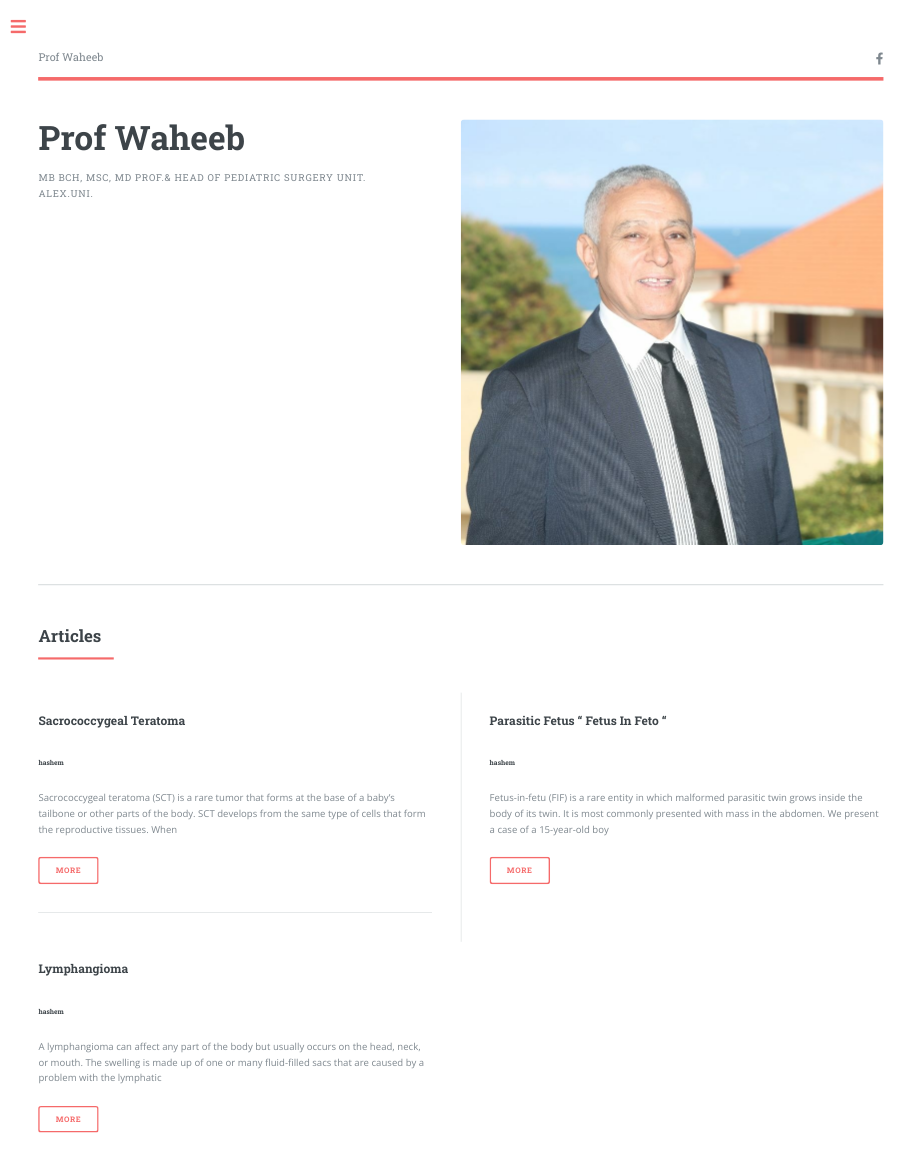
Repository: AmrHash/SaberWaheeb.github.io
Page: http://localhost/
These files come from the project's save history. The page is drawn as it stood at one moment and after the next save; the edit follows.
The browser window is 1280 px wide. The pictures show the whole page, at 72% of full size.
The page is served by the project's application, run on Django 3.2 (manage.py). Other server files are loaded and not shown. The page reads the database file committed with the project.

Above is the page before, as saved 2020-12-21 23:06:24.

### website/templates/index.html

{% load static %}

<!DOCTYPE HTML>

<html>
	<head>
		<title>Prof Waheeb</title>
		<meta charset="utf-8" />
		<meta name="viewport" content="width=device-width, initial-scale=1, user-scalable=no" />
		<link rel="stylesheet" href="{% static 'assets/css/main.css'%}"
	<body class="is-preload">

		<!-- Wrapper -->
			<div id="wrapper">

				<!-- Main -->
					<div id="main">
						<div class="inner">

							<!-- Header -->
								<header id="header">
									<a href="index.html" class="logo"><strong></strong>Prof Waheeb</a>
									<ul class="icons">

										<li><a href="https://www.facebook.com/saber.waheeb.7?fref=ts" class="icon brands fa-facebook-f"><span class="label">Facebook</span></a></li>

									</ul>
								</header>

							<!-- Banner -->
								<section id="banner">
									<div class="content">
										<header>
											<h1>Prof Waheeb<br />
											</h1>
											<p>MB BCH, MSc, MD
												Prof.& Head of pediatric surgery unit. Alex.Uni.</p>
										</header>
										<p></p>

									</div>
									<span class="image object">
										<img src="{% static 'images/profile.jpg'%}" alt="" />
									</span>
								</section>



							<!-- Section -->
								<section>
									<header class="major">
										<h2>
											Articles

										</h2>
									</header>
									<div class="posts">
										{% for post in object_list %}
										<article>
											<a href="{% url 'article-detail' post.pk %}" class="image"><img src="{{post.image}}" alt="" /></a>
											<h3>{{post.title}}</h3> <br>
											<h6> {{post.author}}</h6> <br>

											<p>{{post.body | slice:":200"}}</p>
											<ul class="actions">
												<li><a href="{% url 'article-detail' post.pk %}" class="button">More</a></li>
											</ul>
										</article>
										{% endfor %}
									</div>
								</section>

						</div>
					</div>

				<!-- Sidebar -->
					<div id="sidebar">
						<div class="inner">



							<!-- Menu -->
								<nav id="menu">
									<header class="major">
										<h2>Menu</h2>
									</header>
									<ul>
										<li><a href="{% url 'home'%}">Homepage</a></li>
										<li><a href="{% url 'contact'%}">Get an Appointment</a></li>
										<li><a href="{% url 'bio'%}">Bio</a></li>
										<span class="opener">For Doctors</span>
										<ul>
										<li><a href="{% url 'science'%}">Scientific Publication
										</a></li>
										<li><a href="{% url 'operation'%}">operations</a></li>

										</ul>
										</li>
										<li><a href="#">العربية</a></li>

										<li>

									</ul>
								</nav>



							<!-- Section -->
							<section>

								<li class="icon solid fa-envelope"><a href="#">information@untitled.tld</a></li>
								<li class="icon solid fa-phone">+2 01223312938</li>
								<li class="icon solid fa-home">7 st Ali Alkhshkhany - Al Azaritah
									Shatebi, Qesm Bab Sharqi,
									<br />
									Alexandria Governorate</li>
							</ul>
						</section>

					<!-- Footer -->
						<footer id="footer">
							<p class="copyright">&copy; All rights reserverd.
						</footer>

				</div>
			</div>

	</div>

<!-- Scripts -->
	<script src="{% static 'assets/js/jquery.min.js'%}"></script>
	<script src="{% static 'assets/js/browser.min.js'%}"></script>
	<script src="{% static 'assets/js/breakpoints.min.js'%}"></script>
	<script src="{% static 'assets/js/util.js'%}"></script>
	<script src="{% static 'assets/js/main.js'%}"></script>


</body>
</html>
</html>

### website/models.py
from django.db import models

from django.db import models
from django.contrib.auth.models import User
from django.urls import reverse

class Post(models.Model):
    title = models.CharField(max_length=255)
    title_tag = models.CharField(max_length=120, default='Medicine')
    author = models.ForeignKey(User, on_delete=models.CASCADE)
    body = models.TextField()
    img = models.ImageField(upload_to='media', null = True)
    date = models.DateTimeField(auto_now_add=True)




    def __str__(self):
        return self.title + ' | ' + str(self.author)

    def get_absolute_url(self):
        return reverse('home')

### website/views.py
from django.shortcuts import render, get_list_or_404, get_object_or_404
from django.core.mail import send_mail
from django.views.generic import ListView, DetailView
from .models import Post

def home(request):
    return render(request, 'index.html')

class HomeView(ListView):
    model = Post
    template_name = 'index.html'

def bio(request):
    return render(request, 'bio.html')

def contact(request):
    if request.method == "POST":
        message_name = request.POST ["name"]
        message_phone = request.POST ["phone"]
        message = request.POST ["message"]


        # Send An Email
        send_mail(
            message_name,
            message,
            message_phone,
            ['saberwaheeb@gmail.com'],
        )


        return render(request, 'contact.html', {})

    else:
        return render(request, 'contact.html', {})





#Views of the Scientific Research

def Science(request):
    return render(request, 'science.html')




#Views of the Operation

def Operation(request):

    return render(request, 'operation_list.html')


class ArticleDetailView(DetailView):
    model = Post
    template_name = 'article_details.html'

### dentist/urls.py
"""dentist URL Configuration

The `urlpatterns` list routes URLs to views. For more information please see:
    https://docs.djangoproject.com/en/3.1/topics/http/urls/
Examples:
Function views
    1. Add an import:  from my_app import views
    2. Add a URL to urlpatterns:  path('', views.home, name='home')
Class-based views
    1. Add an import:  from other_app.views import Home
    2. Add a URL to urlpatterns:  path('', Home.as_view(), name='home')
Including another URLconf
    1. Import the include() function: from django.urls import include, path
    2. Add a URL to urlpatterns:  path('blog/', include('blog.urls'))
"""
from django.contrib import admin
from django.urls import path ,include
import website.urls

urlpatterns = [
    path('admin/', admin.site.urls),
    path ('', include('website.urls')),


]

### website/urls.py
"""dentist URL Configuration

The `urlpatterns` list routes URLs to views. For more information please see:
    https://docs.djangoproject.com/en/3.1/topics/http/urls/
Examples:
Function views
    1. Add an import:  from my_app import views
    2. Add a URL to urlpatterns:  path('', views.home, name='home')
Class-based views
    1. Add an import:  from other_app.views import Home
    2. Add a URL to urlpatterns:  path('', Home.as_view(), name='home')
Including another URLconf
    1. Import the include() function: from django.urls import include, path
    2. Add a URL to urlpatterns:  path('blog/', include('blog.urls'))
"""

from django.urls import path , include
from . import views
from django.conf import settings
from django.conf.urls.static import static

urlpatterns = [
    path('', views.HomeView.as_view(), name = 'home'),
    path('articles/<int:pk>' , views.ArticleDetailView.as_view(), name = 'article-detail'),
    path('index.html', views.HomeView.as_view(), name = 'home2'),
    path('contact.html', views.contact, name ='contact'),
    path('bio.html', views.bio, name = 'bio'),
    path('science.html', views.Science, name = 'science'),
    path('operation.html', views.Operation, name = 'operation'),




]+ static(settings.MEDIA_URL, document_root=settings.MEDIA_ROOT)

### sqlite3.db (the tables this page reads, as SQL)
CREATE TABLE "auth_user" ("id" integer NOT NULL PRIMARY KEY AUTOINCREMENT, "password" varchar(128) NOT NULL, "last_login" datetime NULL, "is_superuser" bool NOT NULL, "username" varchar(150) NOT NULL UNIQUE, "last_name" varchar(150) NOT NULL, "email" varchar(254) NOT NULL, "is_staff" bool NOT NULL, "is_active" bool NOT NULL, "date_joined" datetime NOT NULL, "first_name" varchar(150) NOT NULL);
INSERT INTO "auth_user" VALUES
(1, 'pbkdf2_sha256$216000$fAio4buX3uYS$Zl8Ei822v0v3X7CbHGnmU0thefLsmqBtzLiMtkpX6BE=', '2020-12-21 20:51:04.202578', 1, 'hashem', '', 'amr.m.hashem@gmail.com', 1, 1, '2020-12-21 20:50:28.071981', '');

CREATE TABLE "website_post" ("id" integer NOT NULL PRIMARY KEY AUTOINCREMENT, "title" varchar(255) NOT NULL, "title_tag" varchar(120) NOT NULL, "body" text NOT NULL, "img" varchar(100) NULL, "date" datetime NOT NULL, "author_id" integer NOT NULL REFERENCES "auth_user" ("id") DEFERRABLE INITIALLY DEFERRED);
INSERT INTO "website_post" VALUES
(1, 'Sacrococcygeal Teratoma', 'Medicine', 'Sacrococcygeal teratoma (SCT) is a rare tumor that forms at the base of a baby’s tailbone or other parts of the body. SCT develops from the same type of cells that form the reproductive tissues. When these cells develop abnormally, a tumor can result.

In most cases, the SCT is mild, only requiring treatment after birth. However in severe cases, the SCT can grow rapidly, and become life-threatening during the pregnancy.

If your baby has been diagnosed with SCT, the SSM Health Cardinal Glennon St. Louis Fetal Care Institute is able to comprehensively evaluate and treat this condition, using the safest techniques to treat your child before or after delivery.

The treatment of choice for SCT is complete removal of the tumor after delivery. After surgery, the prognosis for babies with SCT is quite good, with most babies developing normally.', 'media/Sacrococcygeal-Teratoma.png', '2020-12-21 20:57:32.882821', 1),
(2, 'Parasitic Fetus “ Fetus In Feto “', 'Medicine', 'Fetus-in-fetu (FIF) is a rare entity in which malformed parasitic twin grows inside the body of its twin. It is most commonly presented with mass in the abdomen. We present a case of a 15-year-old boy who presented with abdominal mass since infancy. Radiological investigations are suggestive of FIF.', 'media/370965FB00000578-0-image-a-10_1470765616123.jpg', '2020-12-21 21:10:26.873251', 1),
(3, 'Lymphangioma', 'Medicine', 'A lymphangioma can affect any part of the body but usually occurs on the head, neck, or mouth. The swelling is made up of one or many fluid-filled sacs that are caused by a problem with the lymphatic system.

The lymphatic system is part of the immune system and is made up of a network of tubes known as lymph vessels. These vessels transport a fluid called lymph around the body and into the bloodstream.

Lymph nodes positioned around the lymphatic system help rid the body of infection and inflammation.

Lymphangiomas and certain other types of masses related to the lymphatic system are known as lymphatic malformations. These swellings or masses are benign and not associated with cancer.', 'media/2058-Lymphangioma-1296x728-Lymphanioma_Patch.jpg', '2020-12-21 21:11:55.425906', 1);

Loaded but not shown: static/assets/js/jquery.min.js (library); static/assets/js/browser.min.js (common file); static/assets/js/breakpoints.min.js (common file); static/assets/css/fontawesome-all.min.css (library); static/assets/js/util.js (587 lines, source omitted); static/assets/js/main.js (262 lines, source omitted); static/assets/css/main.css (2273 lines, source omitted)

After the next save:
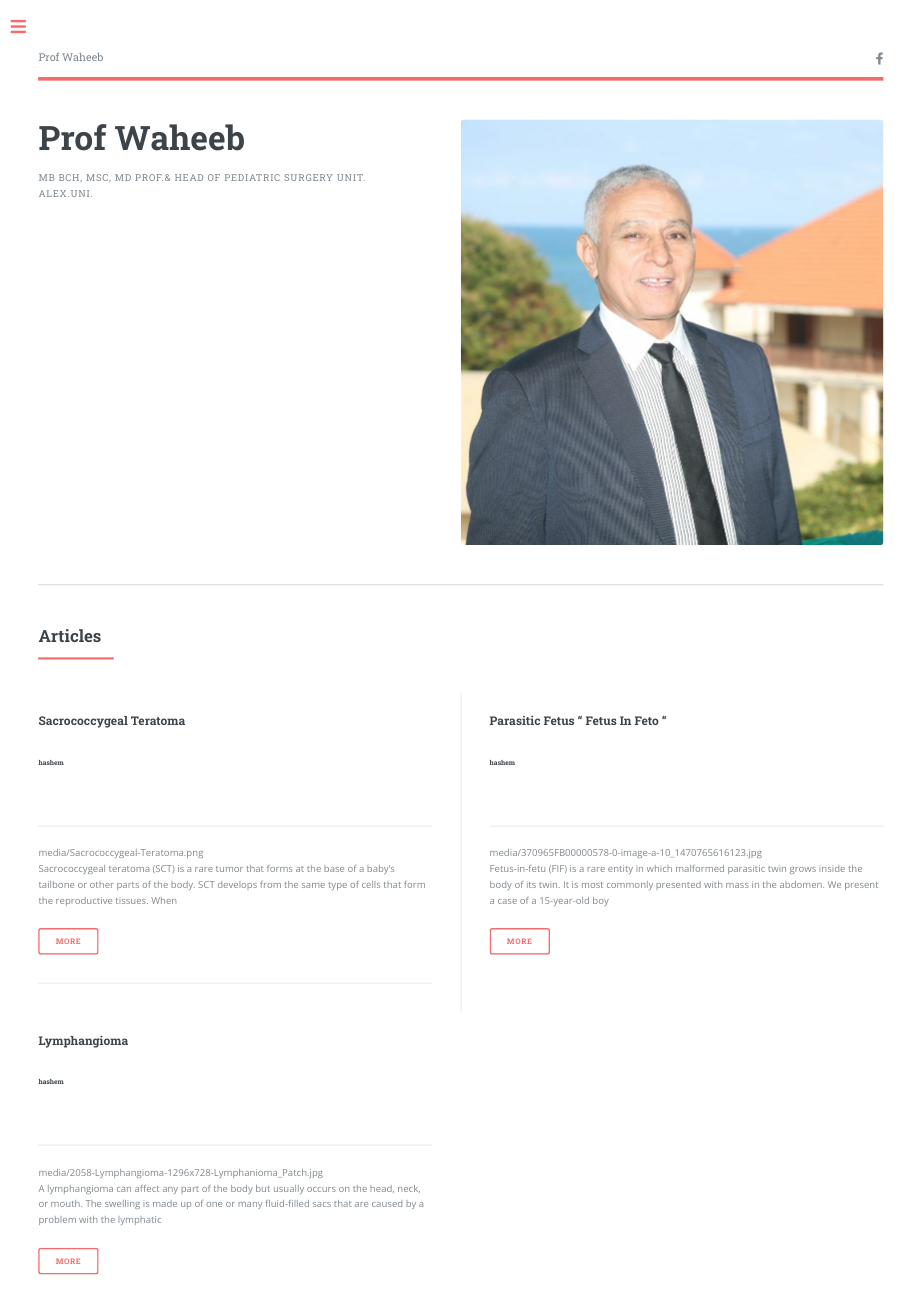
Saved 78 s later.
--- a/website/templates/index.html
+++ b/website/templates/index.html
@@ -61,6 +61,9 @@
 											<a href="{% url 'article-detail' post.pk %}" class="image"><img src="{{post.image}}" alt="" /></a>
 											<h3>{{post.title}}</h3> <br>
 											<h6> {{post.author}}</h6> <br>
+											<br>
+											<hr>
+											 {{post.img }}
 
 											<p>{{post.body | slice:":200"}}</p>
 											<ul class="actions">
